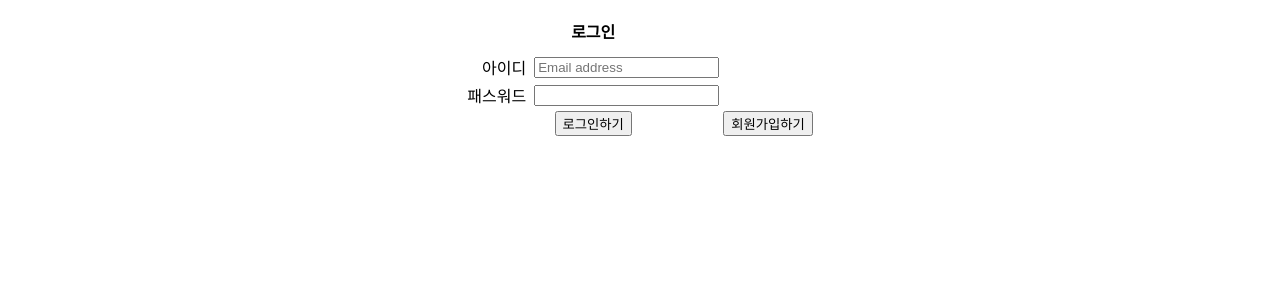
Repository: Dnut0121/2023_JSP
Page: http://localhost/Hello2/loginForm.jsp
The author's editor kept a copy of each file at every save. The page is drawn from the files as they stood at one save, then again after the next save.
The browser window is 1280 px wide. The pictures show the whole page.
The page is served by Tomcat 9. Other server files are loaded and not shown.

Above is the page before, as saved 2023-11-29 03:10:25.

### 201907036_KDH/Hello2/src/main/webapp/loginForm.jsp
<%@ page language="java" contentType="text/html; charset=UTF-8"
    pageEncoding="UTF-8"%>
<!DOCTYPE html>
<html>
<head>
	<meta charset="UTF-8">
</head>
<body>
	<form action="login.jsp">
	<table align=center>
	<tr><td colspan=2 align=center height=40><b>로그인</b><td></tr>
	<tr>
		<td align=right>아이디&nbsp;</td>
		<td><input type="text" name="id" placeholder="Email address" required></td>
	</tr>
	<tr>
		<td align=right>패스워드&nbsp;</td>
		<td><input type="password" name="ps" required></td>
	</tr>
	<tr>
		<td colspan=2 align=center>
			<input type="submit" value="로그인하기">
		</td>
			<td colspan=2 align=center>
			<a href='signup.jsp'><button>회원가입하기</button></a>
		</td>
	</tr>
	</table>
	</form>
</body>
</html>

After the next save:
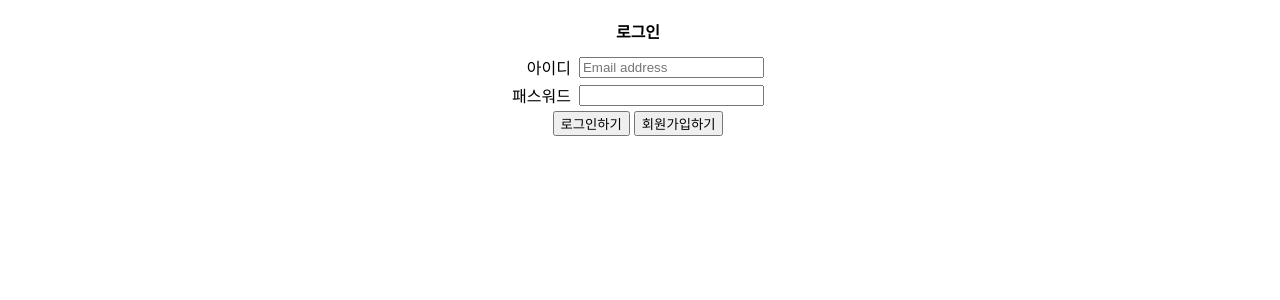
Saved 12 s later.
--- a/201907036_KDH/Hello2/src/main/webapp/loginForm.jsp
+++ b/201907036_KDH/Hello2/src/main/webapp/loginForm.jsp
@@ -20,8 +20,6 @@
 	<tr>
 		<td colspan=2 align=center>
 			<input type="submit" value="로그인하기">
-		</td>
-			<td colspan=2 align=center>
 			<a href='signup.jsp'><button>회원가입하기</button></a>
 		</td>
 	</tr>
